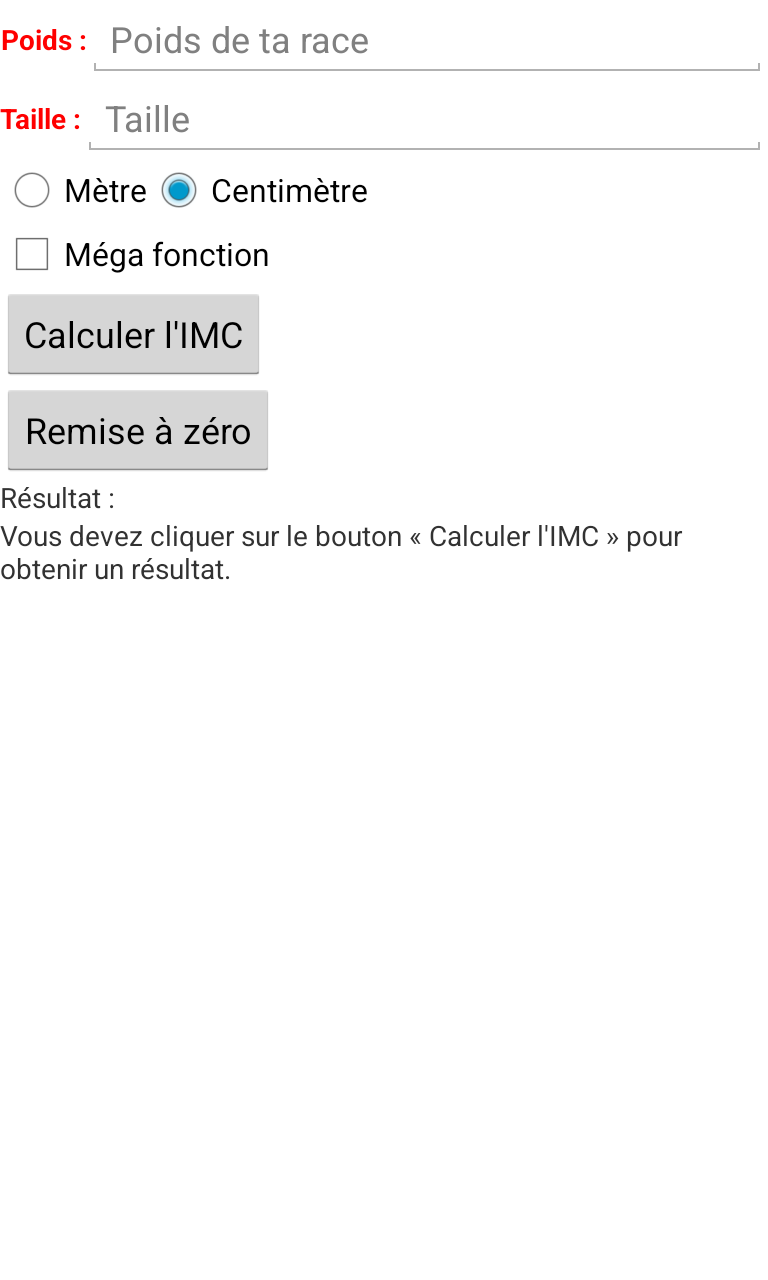
Repository: BlackyFox/PST4-NFC
Layout: Antoine/App_test/res/layout/activity_main.xml
An editor plug-in stored every save of this project. The layout is shown before and after a run of saves, followed by the edit.
It is drawn on a 768 x 1280 px phone screen (xhdpi) without system bars, with theme AppTheme; the app's code is not run.

Above is the layout before, as saved 2014-11-03 14:28:15.

After the next 2 saves:
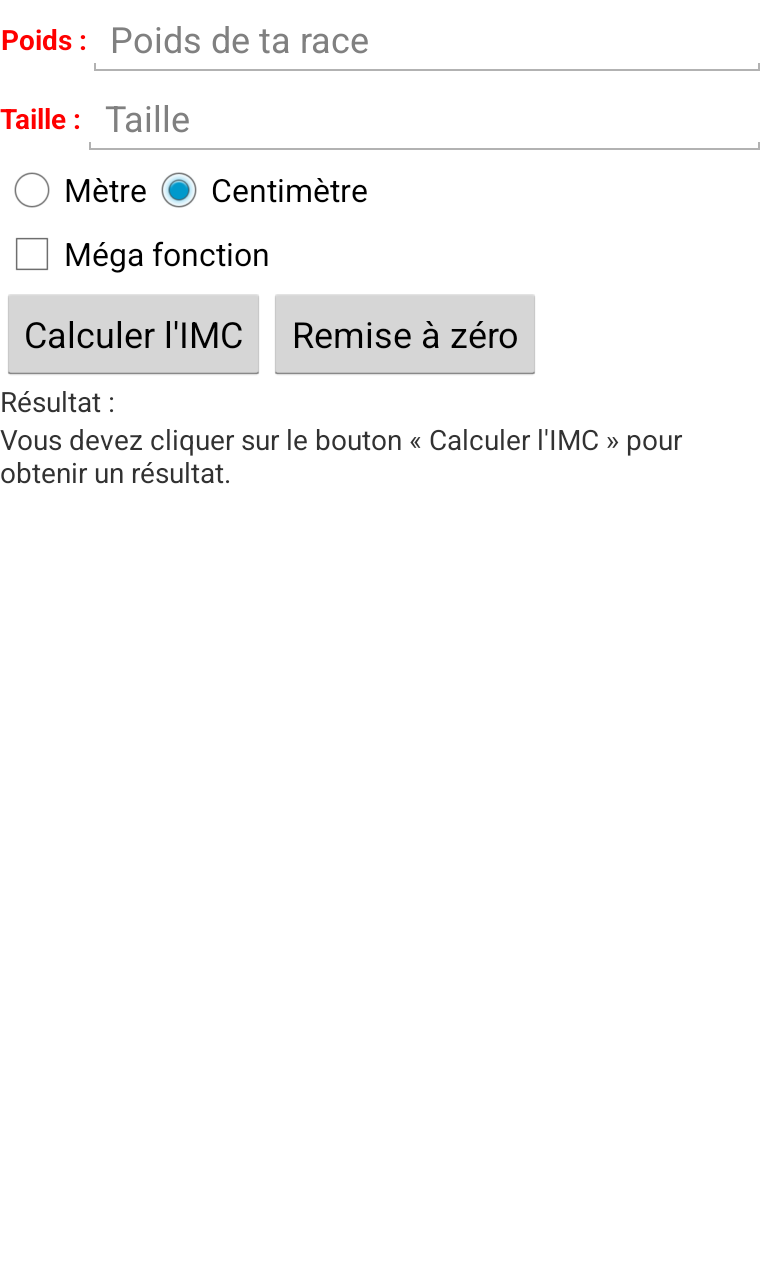
The 2 saves are shown as one change because 1 did not build or start.
The last was saved 6 min 46 s later.
--- a/Antoine/App_test/res/layout/activity_main.xml
+++ b/Antoine/App_test/res/layout/activity_main.xml
@@ -78,7 +78,6 @@
     android:layout_height="wrap_content"
     android:checkedButton="@+id/radio2"
     android:orientation="horizontal"
-    android:gravity="center"
   >
     <RadioButton
       android:id="@+id/radio1"
@@ -99,7 +98,23 @@
     android:layout_height="wrap_content"
     android:text="@string/mega"
   />
-  <Button
+  <LinearLayout
+      android:layout_width="fill_parent"
+      android:layout_height="wrap_content"
+      android:orientation="horizontal">
+
+      <Button
+          android:id="@+id/calcul"
+          android:layout_width="wrap_content"
+          android:layout_height="fill_parent"
+          android:text="@string/calcul"/>
+      <Button
+          android:id="@+id/raz"
+          android:layout_width="wrap_content"
+          android:layout_height="fill_parent"
+          android:text="@string/raz"/>
+  </LinearLayout>
+  <!-- <Button
     android:id="@+id/calcul"
     android:layout_width="wrap_content"
     android:layout_height="wrap_content"
@@ -110,7 +125,7 @@
     android:layout_width="wrap_content"
     android:layout_height="wrap_content"
     android:text="@string/raz"
-  />
+  />-->
   <TextView
     android:layout_width="wrap_content"
     android:layout_height="wrap_content"
